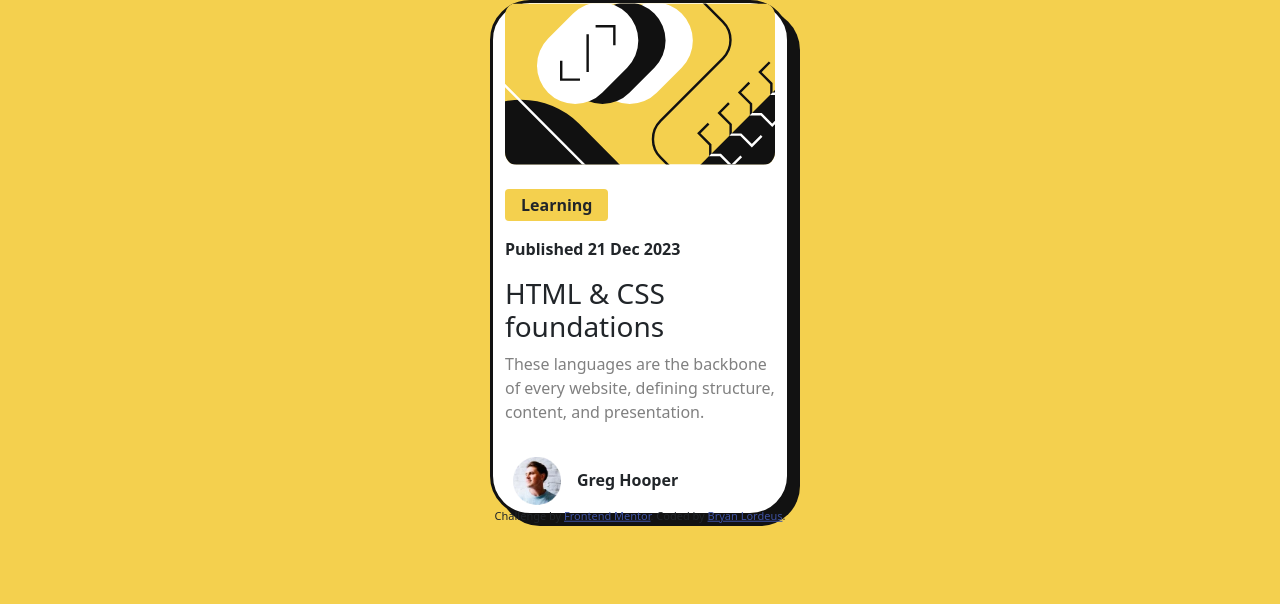
Repository: blordeus/blog-preview-card
Page: index.html
These files come from the project's save history. The page is drawn as it stood at one moment and after a run of saves; the edit follows.
The browser window is 1280 px wide. The pictures show the whole page.
The style sheet was rebuilt from its Sass, Less or Tailwind sources for each picture, by a compiler version that may differ from the author's.

Above is the page before, as saved 2024-02-10 11:39:07.

### index.html
<!DOCTYPE html>
<html lang="en">
<head>
  <meta charset="UTF-8">
  <meta name="viewport" content="width=device-width, initial-scale=1.0"> <!-- displays site properly based on user's device -->

  <link rel="icon" type="image/png" sizes="32x32" href="./assets/images/favicon-32x32.png">
  <link rel="stylesheet" href="style.css">
  <link href="https://cdn.jsdelivr.net/npm/bootstrap@5.1.3/dist/css/bootstrap.min.css" rel="stylesheet" integrity="sha384-1BmE4kWBq78iYhFldvKuhfTAU6auU8tT94WrHftjDbrCEXSU1oBoqyl2QvZ6jIW3" crossorigin="anonymous">
  <title>Frontend Mentor | Blog preview card</title>

</head>
<body class="yellow-bg container">
<main class=" white-bg black-shadow row justify-content-center align-items-center mx-auto ">
      <img class="img-header rounded-edges" src="assets\images\illustration-article.svg" alt="header image">
      <div class="mt-4">
        <p class="yellow-bg d-inline-block px-3 py-1 rounded fw-bold">Learning</p>
      </div>
      <p class="fw-bold">Published 21 Dec 2023</p>
      <h1 class="h3">HTML & CSS foundations</h1>
      <p class="grey-text">These languages are the backbone of every website, defining structure, content, and presentation.</p>

      <div class="d-flex gap-2 pt-2 align-items-center">
        <img class="greg" src="assets\images\image-avatar.webp" alt="author image">
        <p class="mt-3 fw-bold">Greg Hooper</p>
      </div>

</main>
<div class="attribution d-none d-sm-block translate-middle-y">
    Challenge by <a href="https://www.frontendmentor.io?ref=challenge" target="_blank">Frontend Mentor</a>.
    Coded by <a href="www.bryanlordeus.com">Bryan Lordeus</a>.
  </div>
</body>
</html>

### style.scss
@font-face {
    font-family: Figtree;
    src: url(./assets/fonts/Figtree-VariableFont_wght.ttf);
}

@font-face {
    font-family: Figtree-Italic;
    src: url(./assets/fonts/Figtree-Italic-VariableFont_wght.ttf) format("truetype");
    font-style: italic;
}

// Primary

$Yellow: hsl(47, 88%, 63%);

// Neutral

$White: hsl(0, 0%, 100%);
$Grey: hsl(0, 0%, 50%);
$Black: hsl(0, 0%, 7%);

//reset

* {
    margin: 0;
    padding: 0;
    box-sizing: border-box;
}

body {
    font-family: Figtree;
}

main{
    border-radius: 10px;
    //translate vertically to center of screen
}

.rounded-edges {
    border-radius: 5%;
}

p {
    font-size: 16px;
}


.yellow-bg {
    background-color: $Yellow;

}

.black-bg {
    background-color: $Black;
}

//create a black shadow for the box that offsets to the right and bottom

.black-shadow {
    box-shadow: 10px 10px 0px $Black;
    border: 2px solid $Black;
}

.grey-text {
    color: $Grey;
}

.white-bg {
    background-color: $White;
}

.black-text {
    color: $Black;
}

.greg {
    scale: 0.75;
}

.attribution { font-size: 11px; text-align: center; }
.attribution a { color: hsl(228, 45%, 44%); }

//media query for desktop

@media (min-width: 768px) {
    .black-shadow {
        box-shadow: 10px 10px 0px $Black;
        border: 3px solid $Black;
    }

    //reduce main box size and center it to screen

    main {
        border-radius: 40px;
        max-width: 300px;
        //translate box to center of screen
        margin: auto;
    }

    .rounded-edges {
        border-radius: 8%;
    }

}

After the next 3 saves:
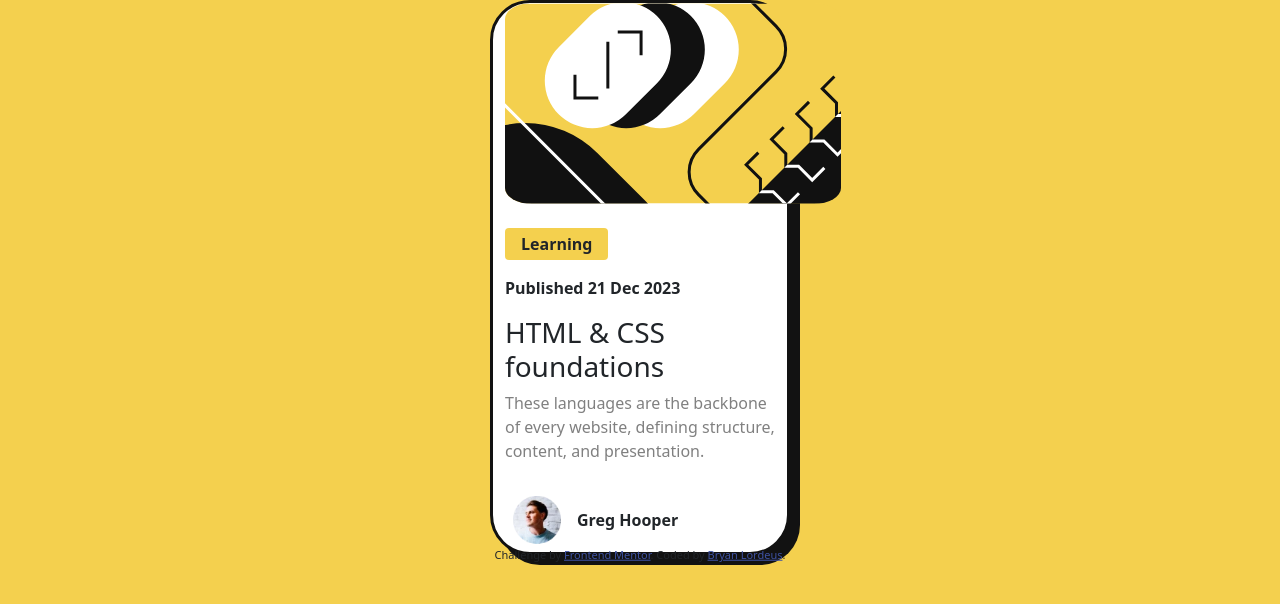
The 3 saves are shown as one change because they came seconds apart.
The last was saved 25 s later.
--- a/index.html
+++ b/index.html
@@ -12,19 +12,21 @@
 </head>
 <body class="yellow-bg container">
 <main class=" white-bg black-shadow row justify-content-center align-items-center mx-auto ">
-      <img class="img-header rounded-edges" src="assets\images\illustration-article.svg" alt="header image">
-      <div class="mt-4">
-        <p class="yellow-bg d-inline-block px-3 py-1 rounded fw-bold">Learning</p>
-      </div>
-      <p class="fw-bold">Published 21 Dec 2023</p>
-      <h1 class="h3">HTML & CSS foundations</h1>
-      <p class="grey-text">These languages are the backbone of every website, defining structure, content, and presentation.</p>
+      <section class="col">
+        <img class="img-header rounded-edges" src="assets\images\illustration-article.svg" alt="header image">
+        <div class="mt-4">
+          <p class="yellow-bg d-inline-block px-3 py-1 rounded fw-bold">Learning</p>
+        </div>
+        <p class="fw-bold">Published 21 Dec 2023</p>
+        <h1 class="h3">HTML & CSS foundations</h1>
+        <p class="grey-text">These languages are the backbone of every website, defining structure, content, and presentation.</p>
 
-      <div class="d-flex gap-2 pt-2 align-items-center">
-        <img class="greg" src="assets\images\image-avatar.webp" alt="author image">
-        <p class="mt-3 fw-bold">Greg Hooper</p>
-      </div>
+        <div class="d-flex gap-2 pt-2 align-items-center">
+          <img class="greg" src="assets\images\image-avatar.webp" alt="author image">
+          <p class="mt-3 fw-bold">Greg Hooper</p>
+        </div>
 
+      </section>
 </main>
 <div class="attribution d-none d-sm-block translate-middle-y">
     Challenge by <a href="https://www.frontendmentor.io?ref=challenge" target="_blank">Frontend Mentor</a>.

After the save that followed:
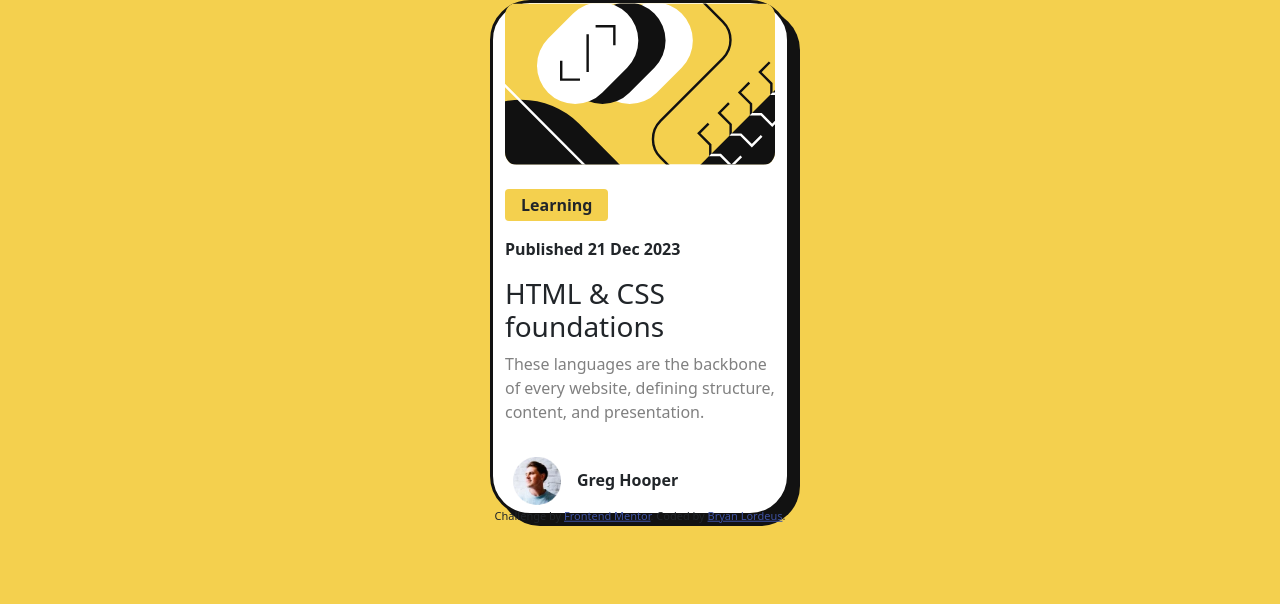
Saved 10 s later.
--- a/index.html
+++ b/index.html
@@ -12,21 +12,19 @@
 </head>
 <body class="yellow-bg container">
 <main class=" white-bg black-shadow row justify-content-center align-items-center mx-auto ">
-      <section class="col">
-        <img class="img-header rounded-edges" src="assets\images\illustration-article.svg" alt="header image">
-        <div class="mt-4">
-          <p class="yellow-bg d-inline-block px-3 py-1 rounded fw-bold">Learning</p>
-        </div>
-        <p class="fw-bold">Published 21 Dec 2023</p>
-        <h1 class="h3">HTML & CSS foundations</h1>
-        <p class="grey-text">These languages are the backbone of every website, defining structure, content, and presentation.</p>
+      <img class="img-header rounded-edges" src="assets\images\illustration-article.svg" alt="header image">
+      <div class="mt-4">
+        <p class="yellow-bg d-inline-block px-3 py-1 rounded fw-bold">Learning</p>
+      </div>
+      <p class="fw-bold">Published 21 Dec 2023</p>
+      <h1 class="h3">HTML & CSS foundations</h1>
+      <p class="grey-text">These languages are the backbone of every website, defining structure, content, and presentation.</p>
 
-        <div class="d-flex gap-2 pt-2 align-items-center">
-          <img class="greg" src="assets\images\image-avatar.webp" alt="author image">
-          <p class="mt-3 fw-bold">Greg Hooper</p>
-        </div>
+      <div class="d-flex gap-2 pt-2 align-items-center">
+        <img class="greg" src="assets\images\image-avatar.webp" alt="author image">
+        <p class="mt-3 fw-bold">Greg Hooper</p>
+      </div>
 
-      </section>
 </main>
 <div class="attribution d-none d-sm-block translate-middle-y">
     Challenge by <a href="https://www.frontendmentor.io?ref=challenge" target="_blank">Frontend Mentor</a>.
